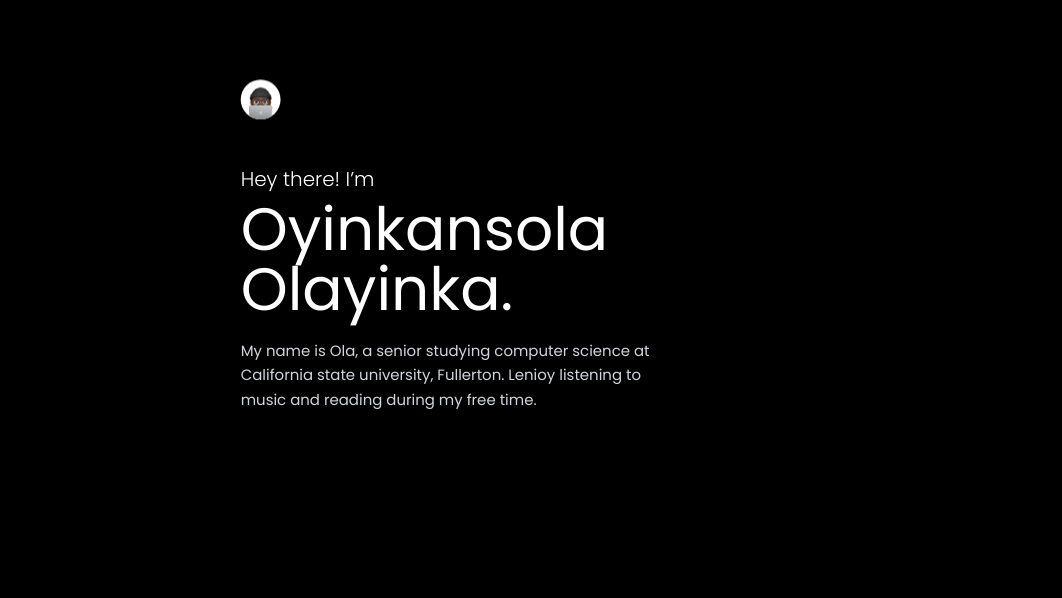
Repository: olasores/olasores-portfolio
Page: /
The author's editor kept a copy of each file at every save. The page is drawn from the files as they stood at one save, then again after the next save.
The browser window is 1280 px wide. The pictures show the whole page, at 83% of full size.
The project was rebuilt for these pictures with package versions that can differ from the ones it lists, and the page was loaded fresh each time. The framework's server and built-in components were replaced by stand-ins that run in the browser. Also part of the build but not shown: next.config.ts.

Above is the page before, as saved 2025-11-11 12:46:06.

### app/layout.tsx
import type { Metadata } from "next";
import { Poppins } from "next/font/google";
import "./globals.css";
import Navbar from "./components/Navbar";

const poppins = Poppins({
  variable: "--font-poppins",
  weight: ["300", "400", "500", "600", "700"],
  subsets: ["latin"],
});

export const metadata: Metadata = {
  title: "Create Next App",
  description: "Generated by create next app",
};

export default function RootLayout({
  children,
}: Readonly<{
  children: React.ReactNode;
}>) {
  return (
    <html lang="en">
      <body
        className={`${poppins.variable} antialiased`}
      >
        <Navbar />
        {children}
      </body>
    </html>
  );
}

### app/page.tsx
import HomeSection from "./components/HomeSection";
import Portfolio from "./components/Portfolio";

export default function Home() {
  return (
    <div className="flex flex-col bg-black">
      <HomeSection />
      <Portfolio />
    </div>
  );
}

### app/globals.css
@import "tailwindcss";

* {
  font-family: 'Poppins', sans-serif;
}

:root {
  --background: #ffffff;
  --foreground: #171717;
}

@media (prefers-color-scheme: dark) {
  :root {
    --background: #0a0a0a;
    --foreground: #ededed;
  }
}

body {
  background: var(--background);
  color: var(--foreground);
}

### app/components/Navbar.tsx
export default function Navbar() {
    return (
        <nav className="fixed top-20 left-0 right-0 bg-black/80 backdrop-blur-sm px-6 py-4 z-50 flex justify-center">
            <div className="max-w-[700px] w-full flex items-center justify-between">
                {/* Logo */}
                <div className="relative w-12 h-12 rounded-full bg-white overflow-hidden flex items-center justify-center">
                    <img
                        src="/assets/olaimg2.webp"
                        alt="Oyinkansola Olayinka Logo"
                        className="w-full h-full object-cover"
                    />
                </div>

                {/* Links */}
                {/* <div className="flex gap-8 text-white">
                    <a href="#" className="hover:text-gray-400 transition">
                        Github ↗
                    </a>
                    <a href="#" className="hover:text-gray-400 transition">
                        linkedin ↗
                    </a>
                    <a href="#" className="hover:text-gray-400 transition">
                        Resume ↗
                    </a>
                </div> */}
            </div>
        </nav>
    );
}

### app/components/HomeSection.tsx


export default function HomeSection() {
    return (
        <div className="flex min-h-screen justify-center bg-black font-sans dark:bg-black px-6 py-5 pt-50">
            <div className="max-w-[700px] w-full flex flex-col gap-12">
                {/* Text content */}
                <div className="flex flex-col gap-6 items-center md:items-start">
                    <div>
                        <h2 className="text-xl md:text-2xl font-light text-white mb-2">
                            Hey there! I&rsquo;m
                        </h2>
                        <h1 className="text-5xl md:text-7xl  text-white">
                            Oyinkansola Olayinka.
                        </h1>
                    </div>

                    <p className="text-base md:text-lg text-gray-300 leading-relaxed max-w-lg">
                        My name is Ola, a senior studying computer science at California state university, Fullerton. Lenioy listening to music and reading during my free time.
                    </p>

                    {/* Links */}
                    {/* <div className="flex gap-6 text-lg md:text-xl text-white">
                        <a href="#" className="hover:text-gray-400 transition">
                            Github ↗
                        </a>
                        <a href="#" className="hover:text-gray-400 transition">
                            linkedin ↗
                        </a>
                        <a href="#" className="hover:text-gray-400 transition">
                            Resume ↗
                        </a>
                    </div> */}
                </div>
            </div>
        </div>
    );
}

### app/components/Portfolio.tsx
export default function Portfolio() {
    return (
        <div>

        </div>

    );
}

After the next save:
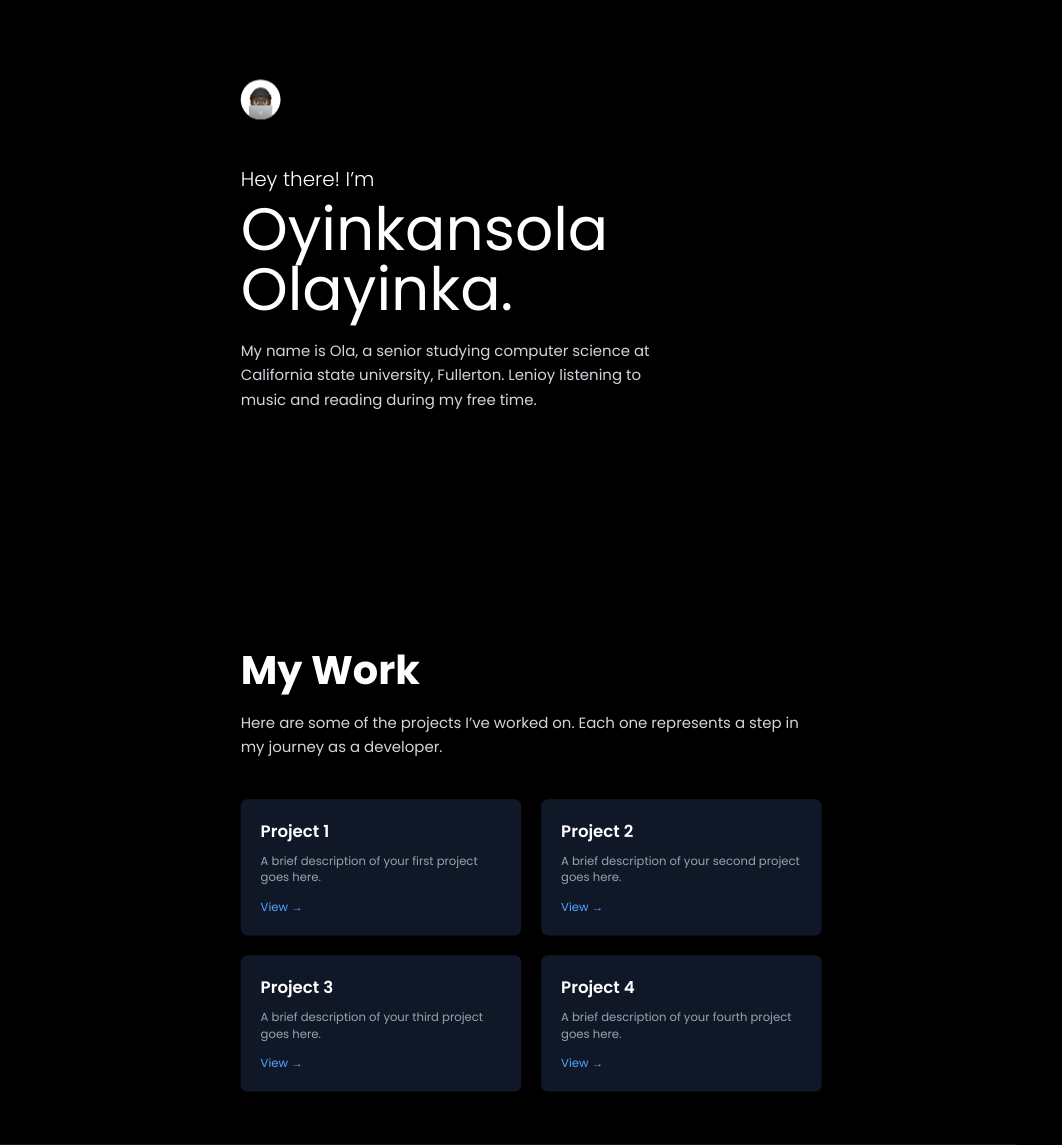
Saved 10 s later.
--- a/app/components/Portfolio.tsx
+++ b/app/components/Portfolio.tsx
@@ -1,8 +1,80 @@
 export default function Portfolio() {
     return (
-        <div>
+        <div className="flex justify-center bg-black font-sans dark:bg-black px-6 py-16">
+            <div className="max-w-[700px] w-full flex flex-col gap-12">
+                {/* Section Title */}
+                <div className="flex flex-col gap-6">
+                    <h2 className="text-4xl md:text-5xl font-bold text-white">
+                        My Work
+                    </h2>
+                    <p className="text-base md:text-lg text-gray-300 leading-relaxed">
+                        Here are some of the projects I&rsquo;ve worked on. Each one represents a step in my journey as a developer.
+                    </p>
+                </div>
 
+                {/* Projects Grid */}
+                <div className="grid grid-cols-1 md:grid-cols-2 gap-6">
+                    {/* Project Card 1 */}
+                    <div className="bg-gray-900 rounded-lg p-6 hover:bg-gray-800 transition">
+                        <h3 className="text-xl font-semibold text-white mb-3">
+                            Project 1
+                        </h3>
+                        <p className="text-gray-400 text-sm mb-4">
+                            A brief description of your first project goes here.
+                        </p>
+                        <div className="flex gap-2">
+                            <a href="#" className="text-blue-400 hover:text-blue-300 text-sm">
+                                View →
+                            </a>
+                        </div>
+                    </div>
+
+                    {/* Project Card 2 */}
+                    <div className="bg-gray-900 rounded-lg p-6 hover:bg-gray-800 transition">
+                        <h3 className="text-xl font-semibold text-white mb-3">
+                            Project 2
+                        </h3>
+                        <p className="text-gray-400 text-sm mb-4">
+                            A brief description of your second project goes here.
+                        </p>
+                        <div className="flex gap-2">
+                            <a href="#" className="text-blue-400 hover:text-blue-300 text-sm">
+                                View →
+                            </a>
+                        </div>
+                    </div>
+
+                    {/* Project Card 3 */}
+                    <div className="bg-gray-900 rounded-lg p-6 hover:bg-gray-800 transition">
+                        <h3 className="text-xl font-semibold text-white mb-3">
+                            Project 3
+                        </h3>
+                        <p className="text-gray-400 text-sm mb-4">
+                            A brief description of your third project goes here.
+                        </p>
+                        <div className="flex gap-2">
+                            <a href="#" className="text-blue-400 hover:text-blue-300 text-sm">
+                                View →
+                            </a>
+                        </div>
+                    </div>
+
+                    {/* Project Card 4 */}
+                    <div className="bg-gray-900 rounded-lg p-6 hover:bg-gray-800 transition">
+                        <h3 className="text-xl font-semibold text-white mb-3">
+                            Project 4
+                        </h3>
+                        <p className="text-gray-400 text-sm mb-4">
+                            A brief description of your fourth project goes here.
+                        </p>
+                        <div className="flex gap-2">
+                            <a href="#" className="text-blue-400 hover:text-blue-300 text-sm">
+                                View →
+                            </a>
+                        </div>
+                    </div>
+                </div>
+            </div>
         </div>
-
     );
 }
